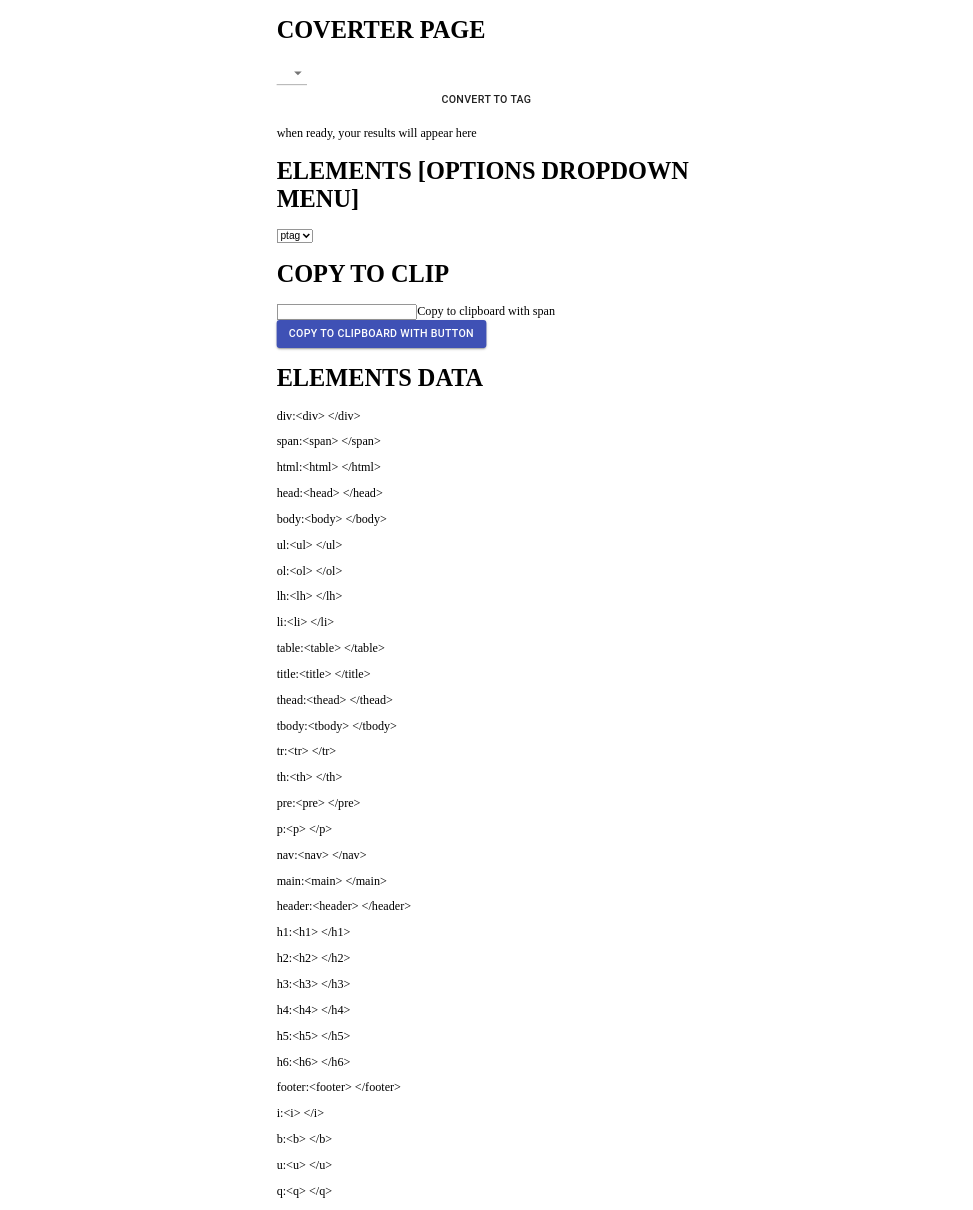
Repository: DevLuDaley/element-generator
Page: /
These files come from the project's save history. The page is drawn as it stood at one moment and after the next save; the edit follows.
The browser window is 1280 px wide. The pictures show the whole page, at 76% of full size.
The project was rebuilt for these pictures with package versions that can differ from the ones it lists, and the page was loaded fresh each time. Also part of the build but not shown: webpack.config.js, src/components/optionsArray.js.

Above is the page before, as saved 2020-12-23 20:11:46.

### public/index.html
<!-- ! index.html -->
<!DOCTYPE html>
<html lang="en">
<head>
    <meta charset="UTF-8">

    <meta  name="viewport"
  content="minimum-scale=1, initial-scale=1, width=device-width">
  <link rel="stylesheet" href="https://fonts.googleapis.com/icon?family=Material+Icons" />
    <title>React Element Generator</title>
</head>
<body>
    <div id="root"></div>
    <noscript>
        Please enable Javascript to view this site.
    </noscript>
    <script src="../dist/bundle.js"></script>
</body>
</html>

### src/index.js

import { render } from 'react-dom'
import React from 'react';
import ReactDOM from 'react-dom';
import { Provider } from 'react-redux'
import { BrowserRouter as Router } from 'react-router-dom';
// import reportWebVitals from './reportWebVitals';

import configureStore from './store/configureStore';
import App from './App';

const store = configureStore()

// render(
ReactDOM.render(
  <Provider store={store}>
    <Router>
        <React.StrictMode>
            <App/>
        </React.StrictMode>
    </Router>
  </Provider>,
  document.getElementById('root')
);

// if (module.hot) {
//    module.hot.accept('../dist/print.js', function() {
//      console.log('GREAT JOB LU!');
//      printMe();
//    })
//  }

// If you want to start measuring performance in your app, pass a function
// to log results (for example: reportWebVitals(console.log))
// or send to an analytics endpoint. Learn more: https://bit.ly/CRA-vitals
// reportWebVitals();

### src/store/configureStore.js
// import { createStore, applyMiddleware, compose, combineReducers } from 'redux'
import thunk from 'redux-thunk'

import { applyMiddleware, compose, createStore } from 'redux'
import thunkMiddleware from 'redux-thunk'
import { composeWithDevTools } from 'redux-devtools-extension'
// import mealsReducer from './mealsReducer'
import monitorReducersEnhancer from '../enhancers/monitorReducer'
import loggerMiddleware from '../middleware/logger'
import rootReducer from '../reducers/reducer'

export default function configureStore(preloadedState) {
  const middlewares = [loggerMiddleware, thunkMiddleware]
//   const middlewares = [loggerMiddleware, thunk]
  const middlewareEnhancer = applyMiddleware(...middlewares)

  const enhancers = [middlewareEnhancer, monitorReducersEnhancer]
//   const composedEnhancers = compose(...enhancers)
  const composedEnhancers = composeWithDevTools(...enhancers)

  const store = createStore(rootReducer, preloadedState, composedEnhancers)

  if (process.env.NODE_ENV !== 'production' && module.hot) {
    module.hot.accept('../reducers/reducer', () => store.replaceReducer(rootReducer))
  }

  return store
}

### src/App.js
import React, { Fragment} from 'react'
import '../public/App.css'
import MainContainer from './containers/MainContainer'

const App = () => {
    return (
            <Fragment>
                <section className="App">
                </section>
                <MainContainer/>
            </Fragment>
           );
}
export default App;

### src/reducers/reducer.js
import { combineReducers } from 'redux';
import converterReducer from './converterReducer'

const rootReducer = combineReducers({
  converterReducer
})

export default rootReducer

### src/containers/MainContainer.js
import React from 'react'
import ConverterPage from '../components/ConverterPage'
const MainContainer = () => {
    return (
        <div>
            <ConverterPage/>
        </div>
    )
}

export default MainContainer

### src/reducers/converterReducer.js
const intialState = {elements: []}

export default function loadRecipesReducer(state = intialState, action) {
// debugger
    switch (action.type) {
        case 'LOAD_ELEMENT':
            // const baseQuery = action.payload["results"][0]
            const baseQuery = action.payload
        // console.log('🚀 ~ line 11 ~ recipesReducer ~ baseQuery', baseQuery);

            return {elements: baseQuery}

        // case 'ADD_ELEMENT':
        //     let newRecipe = action.payload
        //     return {...state.loadRecipes, loadRecipes: state.recipes.concat(newRecipe)}

        default:
            // return {...state}
            return state
    }

}

### src/components/ConverterPage.js
import React, { Fragment, useState, useEffect }from 'react'
import { Grid, Container, Box, FormControl, FormGroup, Modal, Input, InputLabel, Button, Checkbox, Select, MenuItem } from '@material-ui/core';

import Elements from '../components/Elements'
import ElementsData from './ElementsData'
import {optionsArray} from './optionsArray'
import {CopyToClipboard} from 'react-copy-to-clipboard';
import CopyToClip from './CopyToClip'


const ConverterPage = () => {
    var [name, setName] = useState("")
    var [confirmed, setConfirmed] = useState(false)
    const [type, setType] = useState('')
    const [value, setValue] = useState('')
    const [copied, setCopied] = useState(false)

    const handleSubmit = (e) => {
        e.preventDefault();
        setConfirmed(true)
        console.log('🚀 ~ file: ConverterPage.js ~ line 8 ~ onSubmit', "CLICKED")
    }

    console.log("YUP", optionsArray[1])
    console.log("YUP", optionsArray[5]);
    console.log("VALUES", optionsArray.map(ele => ele.key));
    return (
        <Fragment>
        <Container maxWidth="sm">
            <h1>COVERTER PAGE</h1>
            {/* <Box component="span" m={1} color="text.primary"> */}
            {/* <Box color="text.primary" clone></Box> */}
        <div>


 <FormControl >
        {/* <InputLabel id="demo-simple-select-label">Element-Type</InputLabel> */}
        <Select
          labelId="demo-simple-select-label"
          id="demo-simple-select"
        //   value={1}
          onChange={handleSubmit}
        >
    { optionsArray ?
        optionsArray.map(option => <MenuItem value={option.value}>
            {option.key}
        </MenuItem>)
        : "null"
    }
        </Select>
      </FormControl>

            <FormGroup id='convert-to-element-form' onSubmit={handleSubmit}>



                {/* <Checkbox type="text" name="pTag"
                // onClick={e => setName(e.target.value)}
                onClick={e => console.log(e.target)}

                /> */}

              {/* <InputLabel> Enter text to be converted </InputLabel>
                <Input type="text" placeholder='enter text...' value={name} name="name" onChange={e => setName(e.target.value)}/> */}

                <Button onClick={handleSubmit} type="submit" variant="raised" color="primary">
                        Convert to Tag
                </Button>
              </FormGroup>

              {/* <Button variant="contained"
              color="primary"
              onClick={(e) => {console.log("value of e.target => ", e.target)}}
                            type="copy"> Copy Text to clipboard
              </Button> */}
              <br>
              </br>
              { confirmed ?
                    <section name={name}>
                    &lt;option&gt;
                    <br></br>
                    { name }
                    <br></br>
                    &lt;/option&gt;
                    </section>
                    :
                    <Box color="primary">

                    when ready, your results will appear here
                    </Box>
                           }
        </div>
        {/* </Box> */}
        <Elements/>
        <CopyToClip/>
        <ElementsData/>
        {/* </Box> */}
        </Container>
        </Fragment>
    )
}


// const mapStateToProps = state => {
//     // console.log('state.loadRecipesReducer 1', state.loadRecipesReducer);
//     // console.log('state.loadRecipesReducer.loadedRecipes 2', state.loadRecipesReducer.loadedRecipes);
//     // const loadResults = state.loadRecipesReducer.loadedRecipes

//     // loadResults.map(load => load.title)
//     return(
//         {
//             // meals: state.loadRecipesReducer.meals,
//             name: state.name
//         }
//     )
// }

export default ConverterPage

### src/components/Elements.js
import React, {Fragment} from 'react'

const Elements = () => {
    const p = "&lt;"
    var pTags// = `&lt;/p&gt;`

    return (<Fragment>
    <h1>ELEMENTS [OPTIONS DROPDOWN MENU]</h1>

<select>
<option
    value="&lt;p&gt; &lt;/p&gt;"
>ptag
</option>

<option
value="&lt;H1&gt; &lt;/H1&gt;"
>H1
</option>

<option
value="&lt;H2&gt; &lt;/H2&gt;"
>H2
</option>

    &lt;H1&gt;
    &lt;/H1&gt;

    &lt;H2&gt;
    &lt;/H2&gt;

    &lt;H3&gt;
    &lt;/H3&gt;

    &lt;H4&gt;
    &lt;/H4&gt;

    &lt;H5&gt;
    &lt;/H5&gt;

    &lt;H6&gt;
    &lt;/H6&gt;
</select>

    {/* {p} */}

    </Fragment>)
}
export default Elements;

### src/components/ElementsData.js
import React, {Fragment, useState} from 'react'
import {optionsArray} from './optionsArray'
// &lt;
// &gt;
const ElementData = () => {

// const wordSplit = elementsArray[1].split(" ")
const wordSplit = optionsArray //.split(" ")
// const [startTag, endTag] =  wordSplit
// console.log("wordSplit", wordSplit)
// console.log("wordSplit[0]", wordSplit[0]["div"])
return (
    <Fragment>
    <h1>ELEMENTS DATA</h1>
    {optionsArray ? optionsArray.map(op => <p>
    {op.key}:
    {op.value}
    </p>
    ): null}
        {/* {elementsArray[1]} */}
        {/* {wordSplit[0]} text that needs to be divd
        {" " + wordSplit[1]} */}
        {/* {wordSplit} */}
        {/* {startTag + " "}
        things
        {" " + endTag} */}
    </Fragment>  );
}
export default ElementData;

### src/components/CopyToClip.js
import React, { Fragment, Component, useState, useEffect }from 'react'
import Elements from './Elements'
import ElementsData from './ElementsData'
import {CopyToClipboard} from 'react-copy-to-clipboard';
import Button from '@material-ui/core/Button';


    class CopyToClip extends Component {
        constructor(props) {
            super(props);
            this.state = {
                name: "",
                confirmed:false,
                value:'',
                copied: false
              }
        }
        handleSubmit = (e) => {
        e.preventDefault();
        // setConfirmed(true)
        // console.log('🚀 ~ file: ConverterPage.js ~ line 8 ~ onSubmit', name)
    }
        render() {
            return(
    // const [] = setState([])
    <Fragment>
    <h1>COPY TO CLIP</h1>
            <div>
        <input value={this.state.value}
          onChange={({target: {value}}) => this.setState({value, copied: false})} />

        <CopyToClipboard text={this.state.value}
          onCopy={() => this.setState({copied: true})}>
          <span>Copy to clipboard with span</span>
        </CopyToClipboard>

        <CopyToClipboard text={this.state.value}
          onCopy={() => this.setState({copied: true})}>
          <Button variant="contained" color="primary">Copy to clipboard with button</Button>
        </CopyToClipboard>

        {this.state.copied ? <span style={{color: 'red'}}>Copied.</span> : null}
            </div>
        </Fragment>


        )
    }
}


// const mapStateToProps = state => {
//     // console.log('state.loadRecipesReducer 1', state.loadRecipesReducer);
//     // console.log('state.loadRecipesReducer.loadedRecipes 2', state.loadRecipesReducer.loadedRecipes);
//     // const loadResults = state.loadRecipesReducer.loadedRecipes

//     // loadResults.map(load => load.title)
//     return(
//         {
//             // meals: state.loadRecipesReducer.meals,
//             name: state.name
//         }
//     )
// }
export default CopyToClip

Loaded but not shown: src/enhancers/monitorReducer.js (common file); src/middleware/logger.js (common file); public/App.css (common file)

After the next save:
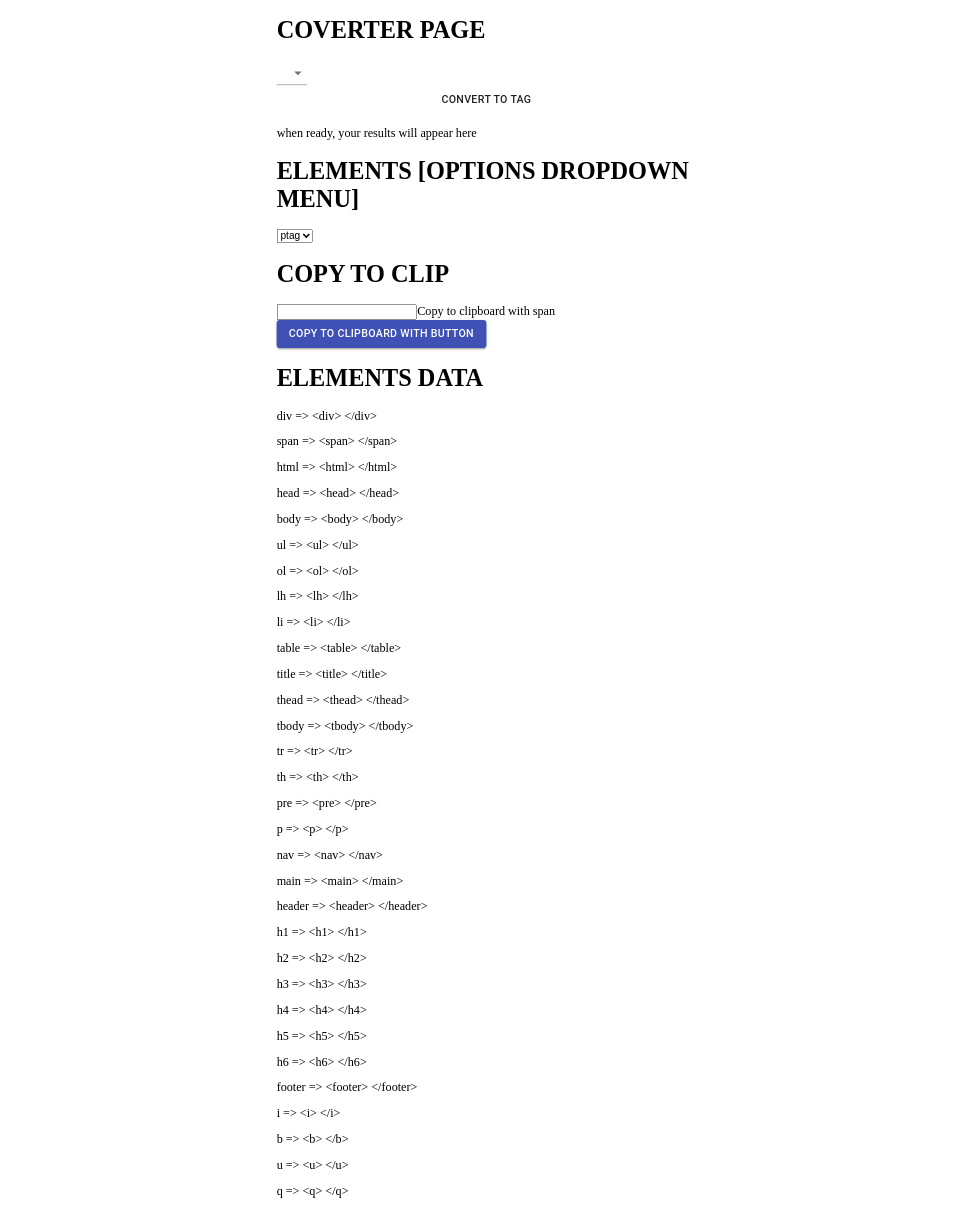
Saved 14 s later.
--- a/src/components/ElementsData.js
+++ b/src/components/ElementsData.js
@@ -13,8 +13,7 @@ return (
     <Fragment>
     <h1>ELEMENTS DATA</h1>
     {optionsArray ? optionsArray.map(op => <p>
-    {op.key}:
-    {op.value}
+    {op.key} => {op.value}
     </p>
     ): null}
         {/* {elementsArray[1]} */}
